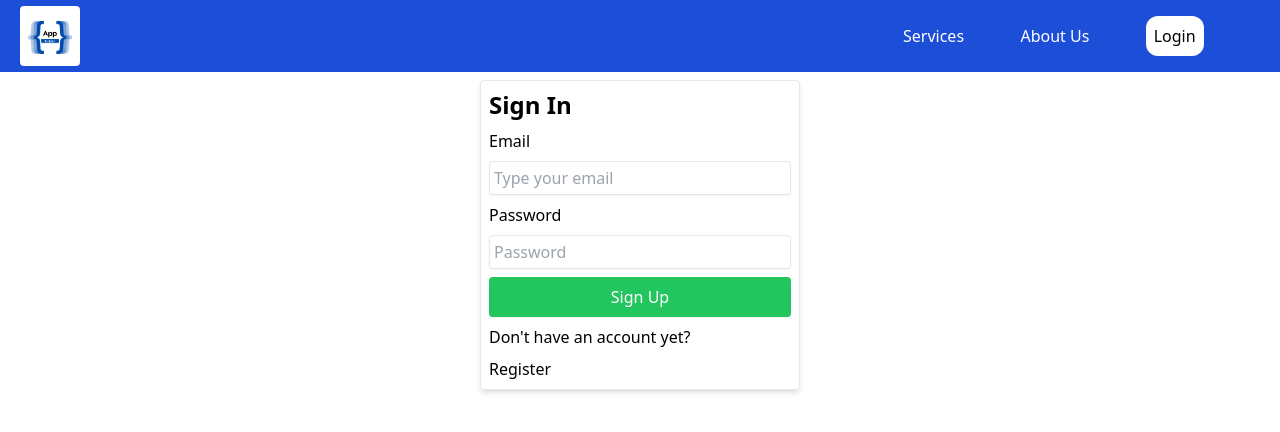
Repository: Cotizacionact/appscriptersvelte
Page: /Auth
The author's editor kept a copy of each file at every save. The page is drawn from the files as they stood at one save, then again after the next save.
The browser window is 1280 px wide. The pictures show the whole page.
The page's requests for data from a server got no answer. The project was rebuilt for these pictures with package versions that can differ from the ones it lists, and the page was loaded fresh each time. The framework's server and built-in components were replaced by stand-ins that run in the browser. No one was signed in, and anything a server would have sent is missing. Also part of the build but not shown: svelte.config.js, vite.config.ts, src/routes/Auth/register.svelte, src/routes/Auth/SignOut.svelte.

Above is the page before, as saved 2023-08-20 02:41:35.

After the next save:
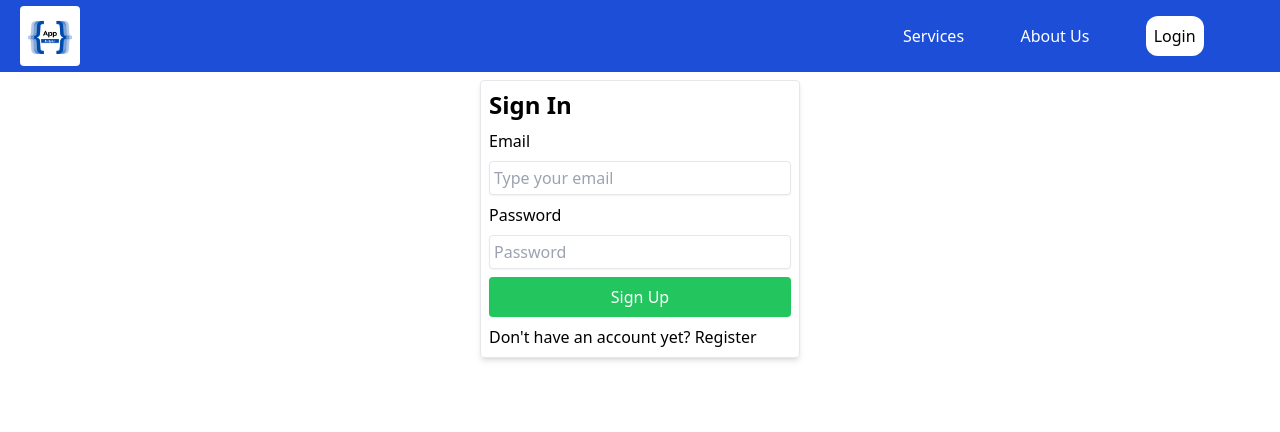
Saved 9 s later.
--- a/src/routes/Auth/SignIn.svelte
+++ b/src/routes/Auth/SignIn.svelte
@@ -10,6 +10,6 @@
         <label for="password">Password</label>
         <input class="shadow-sm rounded border p-1" type="password" name="password" id="password" placeholder="Password"/>
         <button class="shadow-sm hover:shadow-md active:shadow-lg bg-green-500 text-white p-2 rounded hover:bg-green-700 active:bg-green-900">Sign Up</button>
-        <p>Don't have an account yet?</p> <a>Register</a>
+        <p>Don't have an account yet? <a>Register</a></p>
     </form>
 </main>
